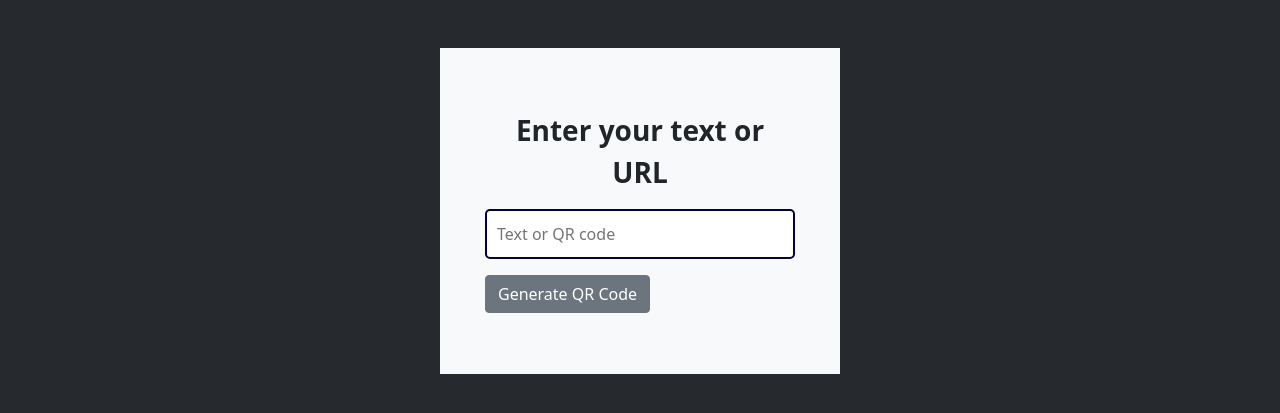
Repository: zeinawady/Qr-Code-Generator-App
Page: index.html
These files come from the project's save history. The page is drawn as it stood at one moment and after the next save; the edit follows.
The browser window is 1280 px wide. The pictures show the whole page.

Above is the page before, as saved 2024-10-30 00:31:58.

### index.html
<!DOCTYPE html>
<html lang="en">
<head>
    <meta charset="UTF-8">
    <meta name="viewport" content="width=device-width, initial-scale=1.0">
    <title>Qr code generator</title>
    <link rel="stylesheet" href="css/bootstrap.min.css.map">
    <link rel="stylesheet" href="css/bootstrap.min.css">
    <link rel="stylesheet" href="css/style.css">
</head>
<body>
    <div class="container  d-flex justify-content-center align-items-center bg-light mt-5">
   <div class="qr-container">
<p class="my-3 fw-bold fs-3 text-center">Enter your text or URL</p>
<input type="text" placeholder="Text or QR code">
<button class="btn btn-secondary my-3 ">Generate QR Code</button>
   </div>
</div>

    <script src="js/bootstrap.bundle.min.js"></script>
    <script src="js/bootstrap.bundle.min.js.map"></script>
<script src="js/script.js"></script>
</body>
</html>

### css/style.css
body{
    background-color:#262a2f ;
}
.container{
    max-width: 400px;
   padding: 45px;
}
input{
    width: 100%;
    height: 50px;
    border: 2px solid #01033a;
    outline: none;
    padding: 10px;
   border-radius: 5px;
}

Loaded but not shown: css/bootstrap.min.css (library); js/bootstrap.bundle.min.js (library); js/script.js (no copy from this time; the picture is the same without it)

After the next save:
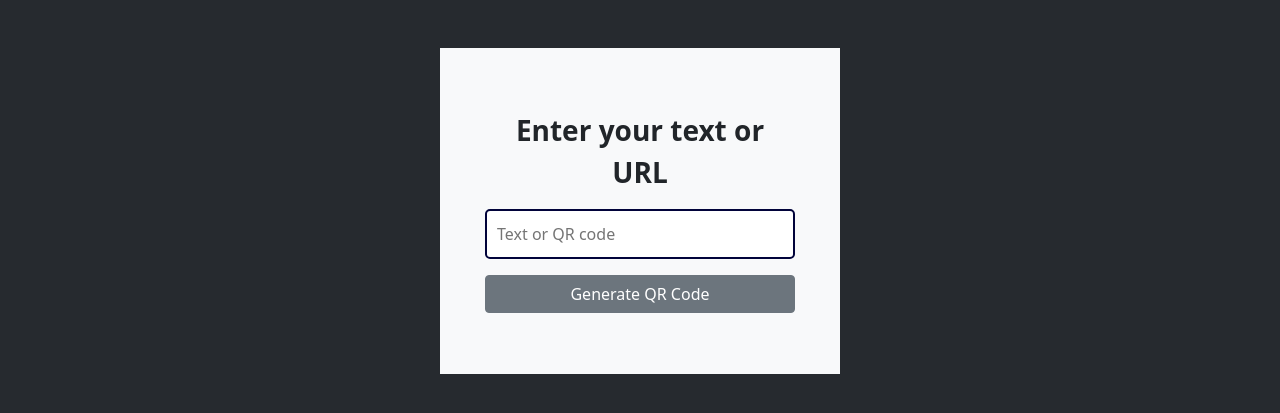
Saved 16 s later.
--- a/index.html
+++ b/index.html
@@ -13,7 +13,7 @@
    <div class="qr-container">
 <p class="my-3 fw-bold fs-3 text-center">Enter your text or URL</p>
 <input type="text" placeholder="Text or QR code">
-<button class="btn btn-secondary my-3 ">Generate QR Code</button>
+<button class="btn btn-secondary my-3 w-100 ">Generate QR Code</button>
    </div>
 </div>
 
